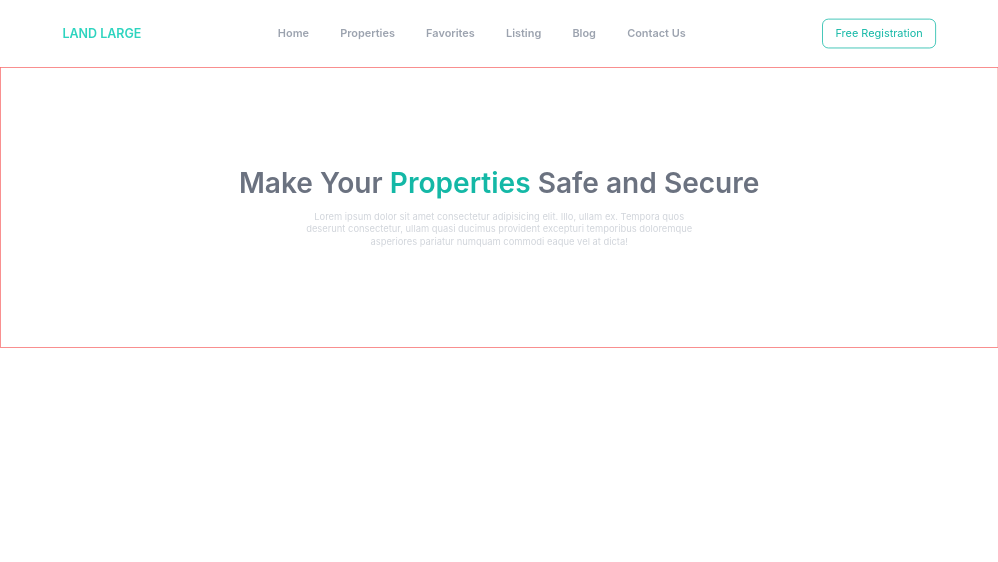
Repository: MuniruIssah/realestate
Page: /
An editor plug-in stored every save of this project. The page is shown before and after the next save, followed by the edit.
The browser window is 1280 px wide. The pictures show the whole page, at 78% of full size.
The project was rebuilt for these pictures with package versions that can differ from the ones it lists, and the page was loaded fresh each time. Also part of the build but not shown: src/App.css.

Above is the page before, as saved 2022-02-19 21:51:05.

### src/App.js
import logo from './logo.svg';
import './App.css';
import Header from './components/Header';
import Jumbotron from './components/Jumbotron';

function App() {
  return (
    <div className="h-screen">
      <Header/>
      <Jumbotron/>
    </div>
  );
}

export default App;

### src/components/Header.js
import React from "react";
const links = [
  "Home",
  "Properties",
  "Favorites",
  "Listing",
  "Blog",
  "Contact Us",
];
const Header = () => {
  return (
    <div className="flex justify-between items-center px-3 lg:px-20 py-6">
      <span className="uppercase text-teal-400  font-semibold">land large</span>
      <div className="hidden lg:flex space-x-10 items-center">
        {links.map((link, index) => (
          <LinkItem key={index} name={link} />
        ))}
      </div>
      <button className="text-teal-500 border border-teal-500 rounded rounded-lg py-2 px-4 text-sm">
          Free Registration
      </button>
    </div>
  );
};

export default Header;

const LinkItem = ({ name }) => {
  return (
    <a href="#" className="text-gray-400 hover:text-teal-500 font-semibold text-sm">
      {name}
    </a>
  );
};

### src/components/Jumbotron.js
import React from "react";

const Jumbotron = () => {
  return (
    <div className="h-1/2 flex flex-col justify-center items-center space-y-4 w-full border border-red-400">
      <span className="lg:text-4xl text-gray-500 text-center font-semibold">
        Make Your <span className="text-teal-500">Properties</span> Safe and
        Secure
      </span>
      <p className="text-gray-300 text-xs text-center max-w-lg">
        Lorem ipsum dolor sit amet consectetur adipisicing elit. Illo, ullam ex.
        Tempora quos deserunt consectetur, ullam quasi ducimus provident
        excepturi temporibus doloremque asperiores pariatur numquam commodi
        eaque vel at dicta!
      </p>
    </div>
  );
};

export default Jumbotron;

Loaded but not shown: public/index.html (common file); src/index.js (common file); src/index.css (common file); src/reportWebVitals.js (common file); tailwind.config.js (common file)

After the next save:
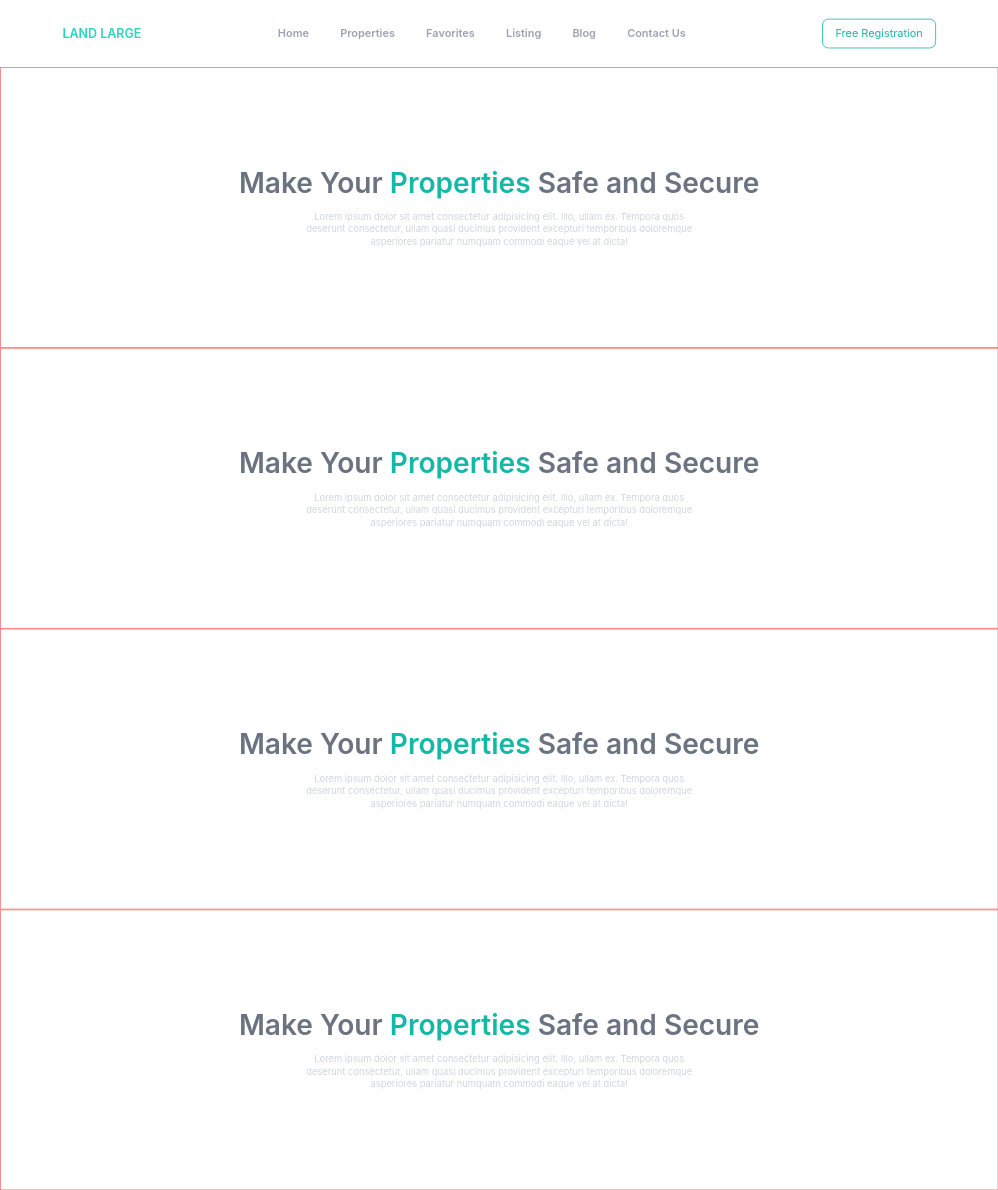
Saved 24 s later.
--- a/src/App.js
+++ b/src/App.js
@@ -8,6 +8,10 @@
     <div className="h-screen">
       <Header/>
       <Jumbotron/>
+      <Jumbotron/>
+      <Jumbotron/>
+      <Jumbotron/>
+
     </div>
   );
 }

After the save that followed:
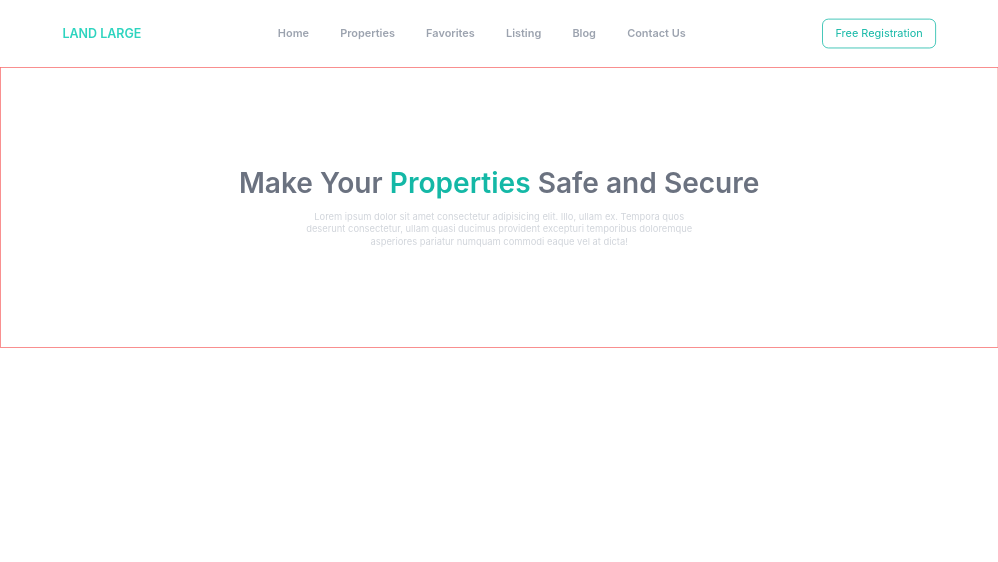
Saved 16 s later.
--- a/src/App.js
+++ b/src/App.js
@@ -8,9 +8,6 @@
     <div className="h-screen">
       <Header/>
       <Jumbotron/>
-      <Jumbotron/>
-      <Jumbotron/>
-      <Jumbotron/>
 
     </div>
   );
